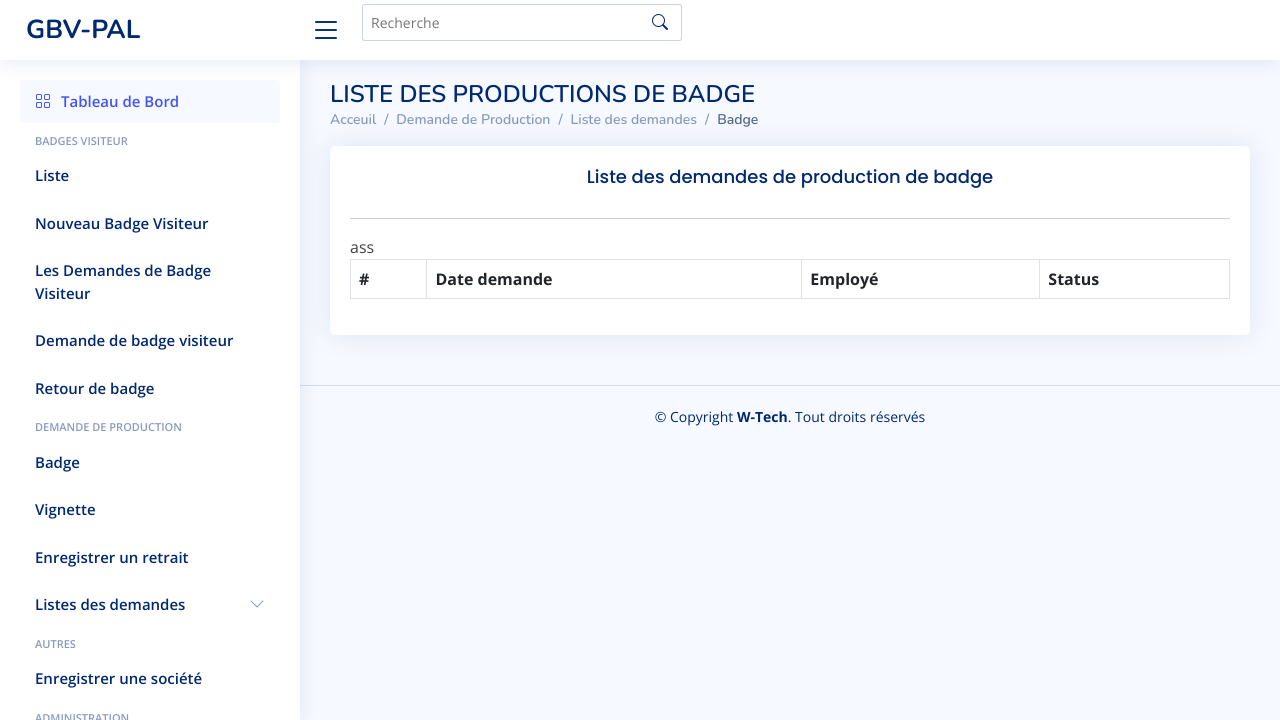
Repository: sh4dow28/gbv-pal-web
Page: http://localhost/productions/badge/requests
An editor plug-in stored every save of this project. The page is shown before and after the next save, followed by the edit.
The browser window is 1280 px wide. The pictures show the whole page.
The page is served by the project's Laravel application, run on PHP 8.4 with Laravel 9. Queries for data that is not in the repository find no rows.

Above is the page before, as saved 2023-02-12 17:47:51.
Console error: TypeError: $(...).DataTable is not a function

After the next save:
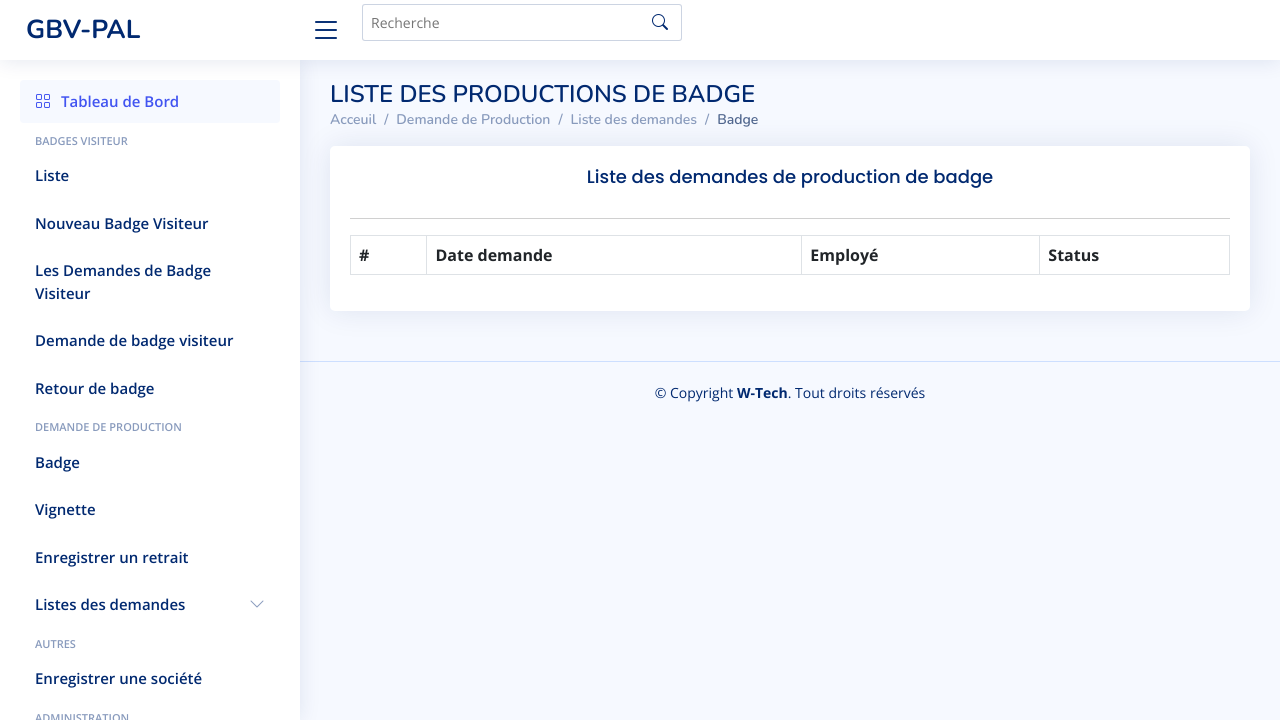
Saved 37 s later.
--- a/resources/views/pages/productions-badges.blade.php
+++ b/resources/views/pages/productions-badges.blade.php
@@ -51,7 +51,7 @@
                             @endif
                             <!-- Default Table -->
                             <table id="vbadge-list-table" class="table table-bordered table-hover">
-                                <thead>ass
+                                <thead>
                                     <tr>
                                         <th scope="col">#</th>
                                         <th scope="col">Date demande</th>
